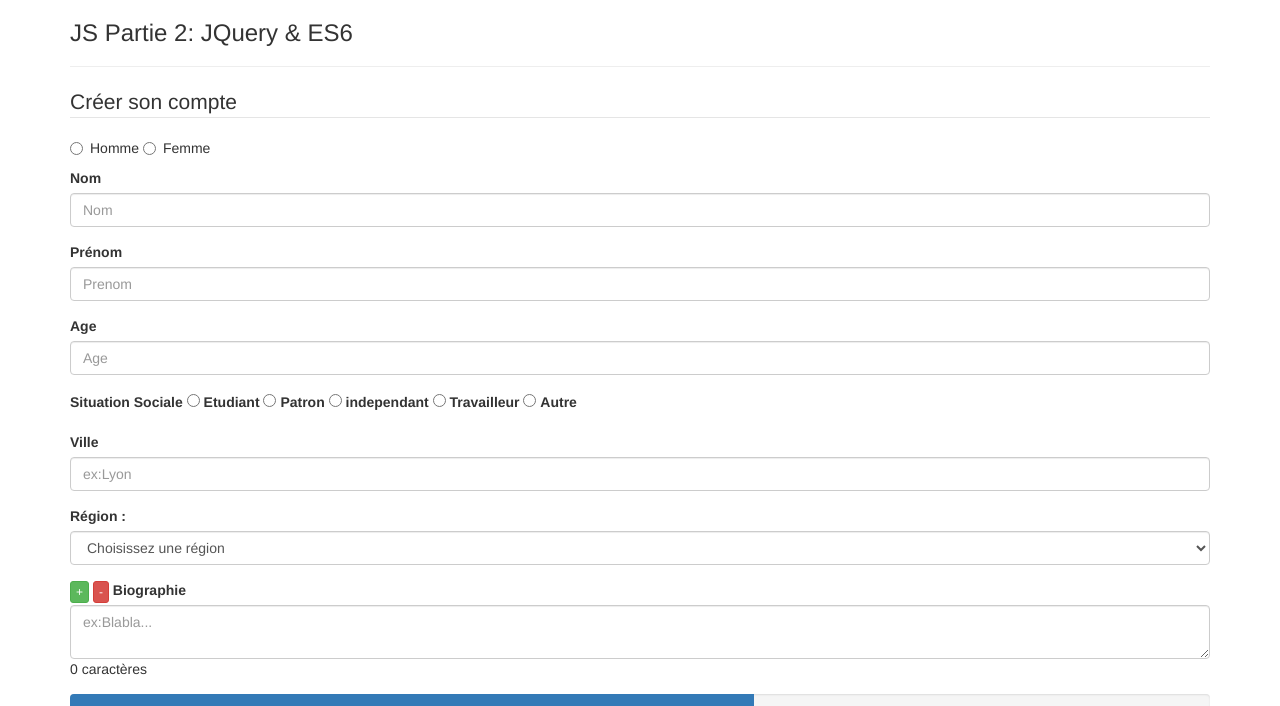
Repository: Symfomany/WildJQueryForm
Page: index.html
The author's editor kept a copy of each file at every save. The page is drawn from the files as they stood at one save, then again after the next save.
The browser window is 1280 px wide. The pictures show the part of the page from y = 0 to 706 px (the page is 1736 px tall before and 1728 px after).
A picture or video elsewhere on the page could not be fetched, so the positions and the page height are approximate.

Above is the page before, as saved 2017-03-06 07:22:01.

After the next save:
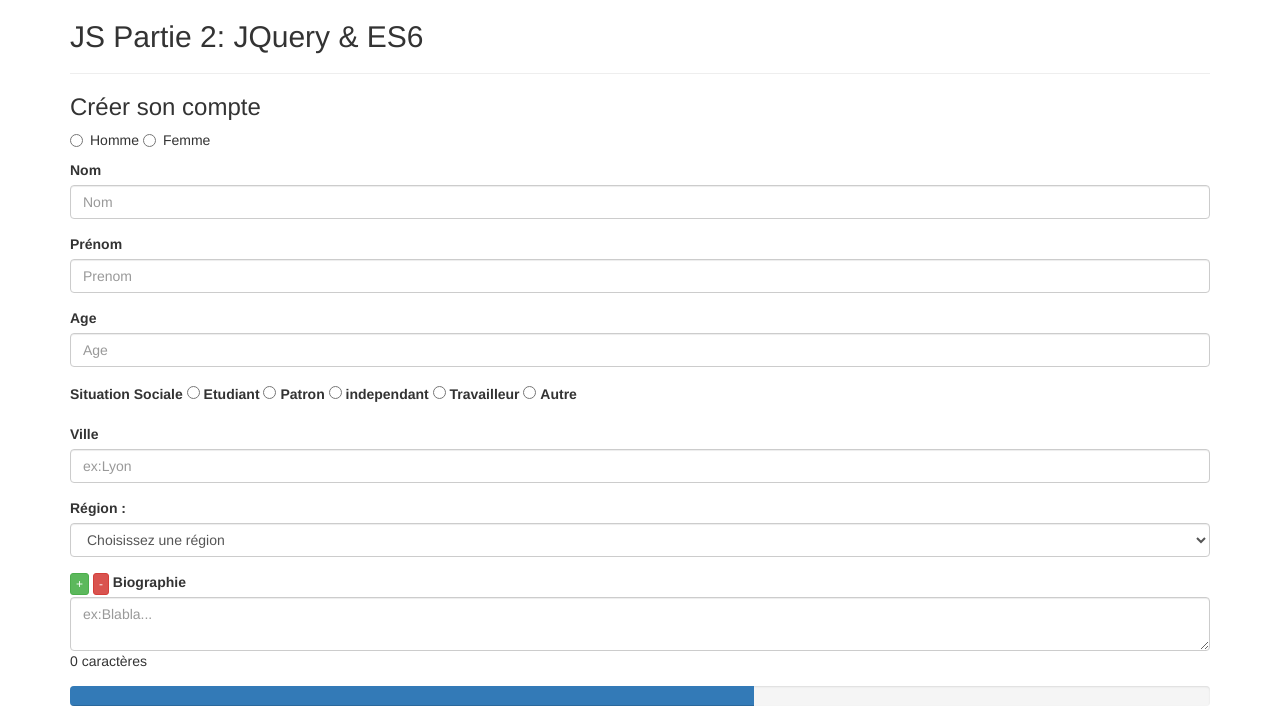
Saved 25 s later.
--- a/index.html
+++ b/index.html
@@ -14,22 +14,22 @@
 
     <div class="container">
 
-        <h3>JS Partie 2: JQuery & ES6</h3>
+        <h2>JS Partie 2: JQuery & ES6</h2>
         <hr />
 
 
         <form action="" method="POST" role="form">
-            <legend>Créer son compte</legend>
+            <h3>Créer son compte</h3>
 
             <div class="radio">
                 <label>
-                    <input type="radio" name="sexe" id="homme" value="homme">
-                    Homme
-                </label>
+                            <input type="radio" name="sexe" id="homme" value="homme">
+                            Homme
+                        </label>
                 <label>
-                    <input type="radio" name="sexe" id="femme" value="femme" >
-                    Femme
-                </label>
+                            <input type="radio" name="sexe" id="femme" value="femme" >
+                            Femme
+                        </label>
             </div>
 
 
@@ -77,26 +77,26 @@
 <div class="form-group">
     <label for="region">Région :</label><br />
     <select class="form-control" id="region" name="region">
-                        <option value="default" selected>Choisissez une région</option>
-                        <option value="auvergne">Auvergne-Rhône-Alpes</option>
-                        <option value="bourgogne">Bourgogne-Franche-Comte</option>
-                        <option value="bretagne">Bretagne</option>
-                        <option value="centre">Centre-Val de Loire</option>
-                        <option value="corse">Corse</option>
-                        <option value="grand-est">Grand-Est</option>
-                        <option value="guadeloupe">Guadeloupe</option>
-                        <option value="guyane">Guyane</option>
-                        <option value="hauts-de-france">Hauts-de-France</option>
-                        <option value="ile-de-france">Île-de-France</option>
-                        <option value="martinique">Martinique</option>
-                        <option value="mayotte">Mayotte</option>
-                        <option value="normandie">Normandie</option>
-                        <option value="aquitaine">Nouvelle-Aquitaine</option>
-                        <option value="occitanie">Occitanie</option>
-                        <option value="loire">Pays de la Loire</option>
-                        <option value="provence">Provence-Alpes-Côte d'Azur</option>
-                        <option value="reunion">Réunion</option>
-                        </select>
+                                <option value="default" selected>Choisissez une région</option>
+                                <option value="auvergne">Auvergne-Rhône-Alpes</option>
+                                <option value="bourgogne">Bourgogne-Franche-Comte</option>
+                                <option value="bretagne">Bretagne</option>
+                                <option value="centre">Centre-Val de Loire</option>
+                                <option value="corse">Corse</option>
+                                <option value="grand-est">Grand-Est</option>
+                                <option value="guadeloupe">Guadeloupe</option>
+                                <option value="guyane">Guyane</option>
+                                <option value="hauts-de-france">Hauts-de-France</option>
+                                <option value="ile-de-france">Île-de-France</option>
+                                <option value="martinique">Martinique</option>
+                                <option value="mayotte">Mayotte</option>
+                                <option value="normandie">Normandie</option>
+                                <option value="aquitaine">Nouvelle-Aquitaine</option>
+                                <option value="occitanie">Occitanie</option>
+                                <option value="loire">Pays de la Loire</option>
+                                <option value="provence">Provence-Alpes-Côte d'Azur</option>
+                                <option value="reunion">Réunion</option>
+                                </select>
 </div>
 
 <div class="form-group">
@@ -138,8 +138,8 @@
 
 <div class="checkbox">
     <label>
-                                    <input type="checkbox"> Voir le Mot de Passe en Clair
-                                </label>
+                                            <input type="checkbox"> Voir le Mot de Passe en Clair
+                                        </label>
 </div>
 
 <div class="form-group">
@@ -150,21 +150,21 @@
 <div class="form-group">
     <label class="control-label" for="hobbies">Hobbies :</label><br />
     <select class="form-control" id="hobbies" name="hobbies[]" multiple>
-                            <option value="basket">Basket</option>
-                            <option value="canyoning">Canyoning</option>
-                            <option value="cinema">Cinéma</option>
-                            <option value="escalade">Escalade</option>
-                            <option value="ferrata">Via Ferrata</option>
-                            <option value="football">Football</option>
-                            <option value="handball">Handball</option>
-                            <option value="natation">Natation</option>
-                            <option value="parapente">Parapente</option>
-                            <option value="parachute">Saut en parachute</option>
-                            <option value="plongee">Plongée</option>
-                            <option value="series">Séries TV</option>
-                            <option value="ski">Ski</option>
-                            <option value="tir">Tir à l'arc</option>
-            </select>
+                                    <option value="basket">Basket</option>
+                                    <option value="canyoning">Canyoning</option>
+                                    <option value="cinema">Cinéma</option>
+                                    <option value="escalade">Escalade</option>
+                                    <option value="ferrata">Via Ferrata</option>
+                                    <option value="football">Football</option>
+                                    <option value="handball">Handball</option>
+                                    <option value="natation">Natation</option>
+                                    <option value="parapente">Parapente</option>
+                                    <option value="parachute">Saut en parachute</option>
+                                    <option value="plongee">Plongée</option>
+                                    <option value="series">Séries TV</option>
+                                    <option value="ski">Ski</option>
+                                    <option value="tir">Tir à l'arc</option>
+                    </select>
 </div>
 
 <div class="form-group">
@@ -199,8 +199,8 @@
 
 <div class="checkbox">
     <label>
-        <input type="checkbox"> J'ai pris connaissance des <a>Condition Générale de Vente</a>
-    </label>
+                <input type="checkbox"> J'ai pris connaissance des <a>Condition Générale de Vente</a>
+            </label>
 </div>
 
 
